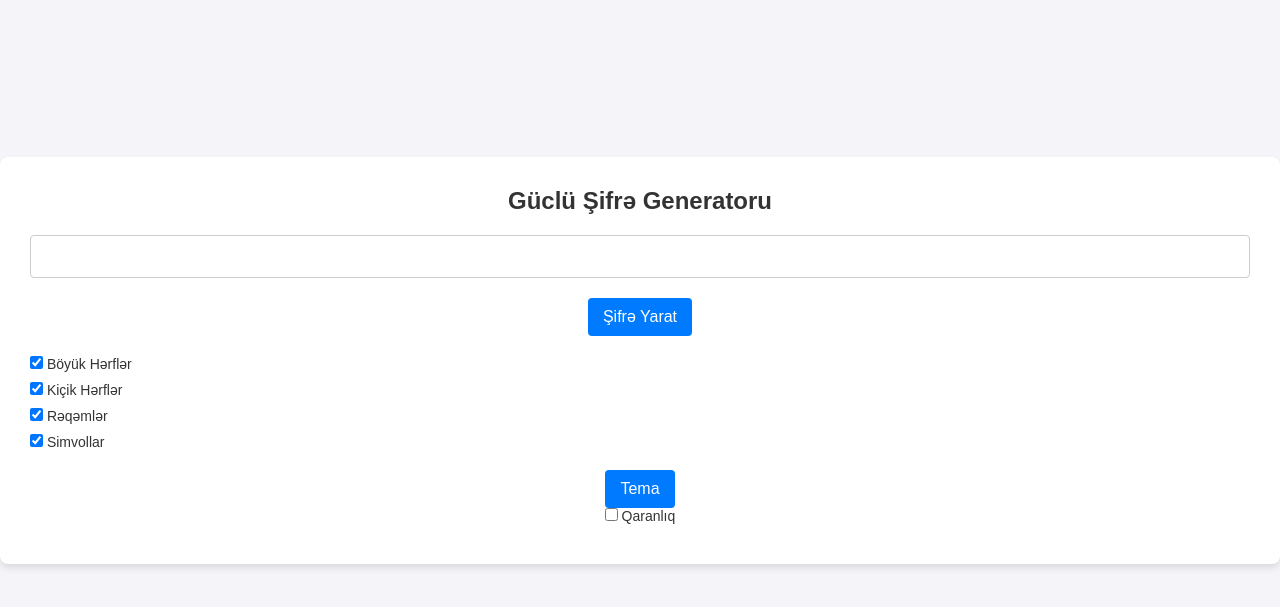
Repository: ferhadsultan98/pass-generator
Page: pass.html
An editor plug-in stored every save of this project. The page is shown before and after the next save, followed by the edit.
The browser window is 1280 px wide. The pictures show the whole page.

Above is the page before, as saved 2025-03-04 12:02:50.

After the next save:
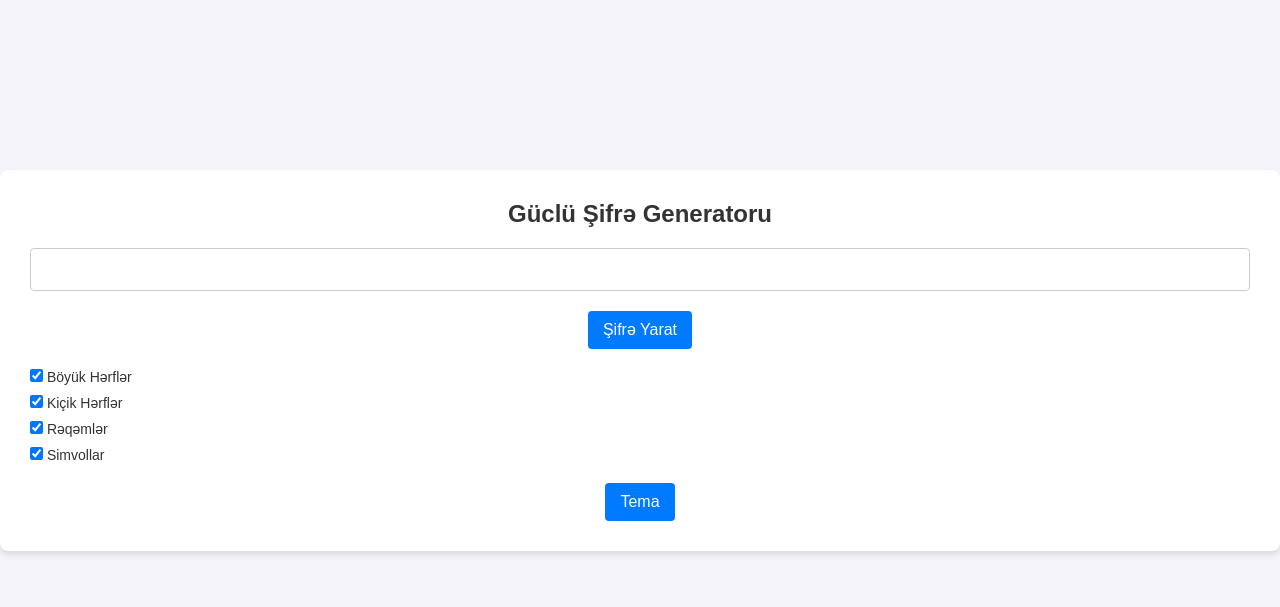
Saved 7 s later.
--- a/pass.html
+++ b/pass.html
@@ -132,10 +132,7 @@
 
     <div class="theme-switch">
         <button onclick="toggleTheme()">Tema</button>
-      <label>
-        <input type="checkbox" id="themeToggle" onchange="toggleTheme()">
-        Qaranlıq
-      </label>
+
     </div>
   </div>
 

After the 2 saves that followed:
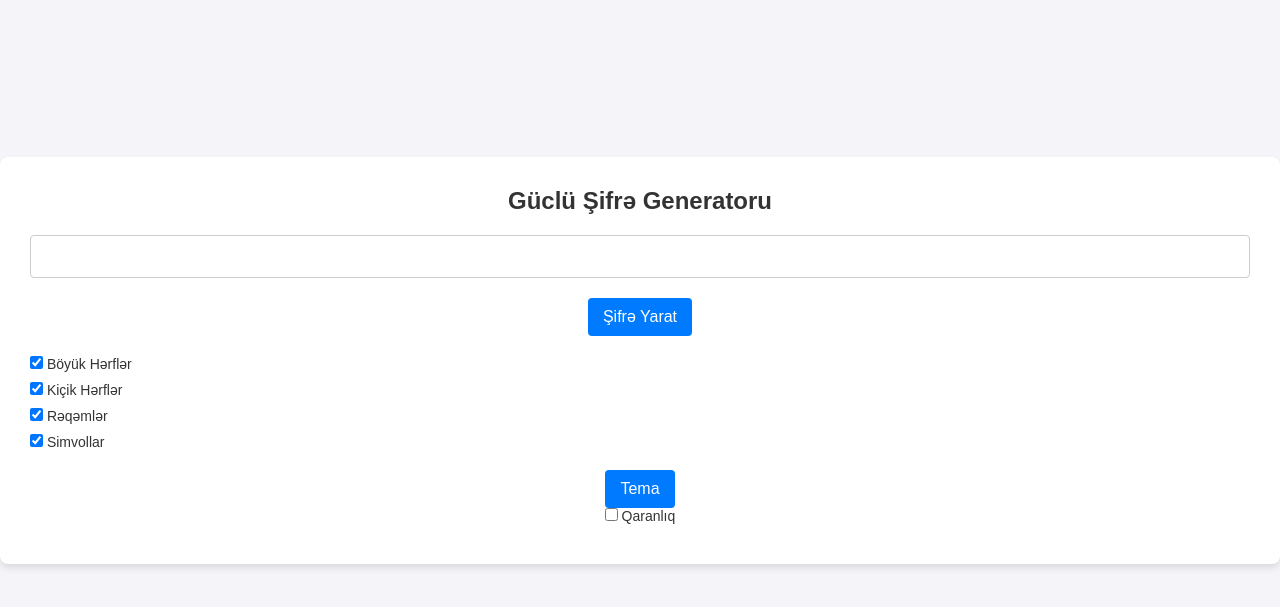
The 2 saves are shown as one change because 1 left the picture as it was.
The last was saved 21 s later.
--- a/pass.html
+++ b/pass.html
@@ -132,7 +132,10 @@
 
     <div class="theme-switch">
         <button onclick="toggleTheme()">Tema</button>
-
+      <label>
+        <input type="checkbox" id="themeToggle" onchange="toggleTheme()">
+        Qaranlıq
+      </label>
     </div>
   </div>
 
